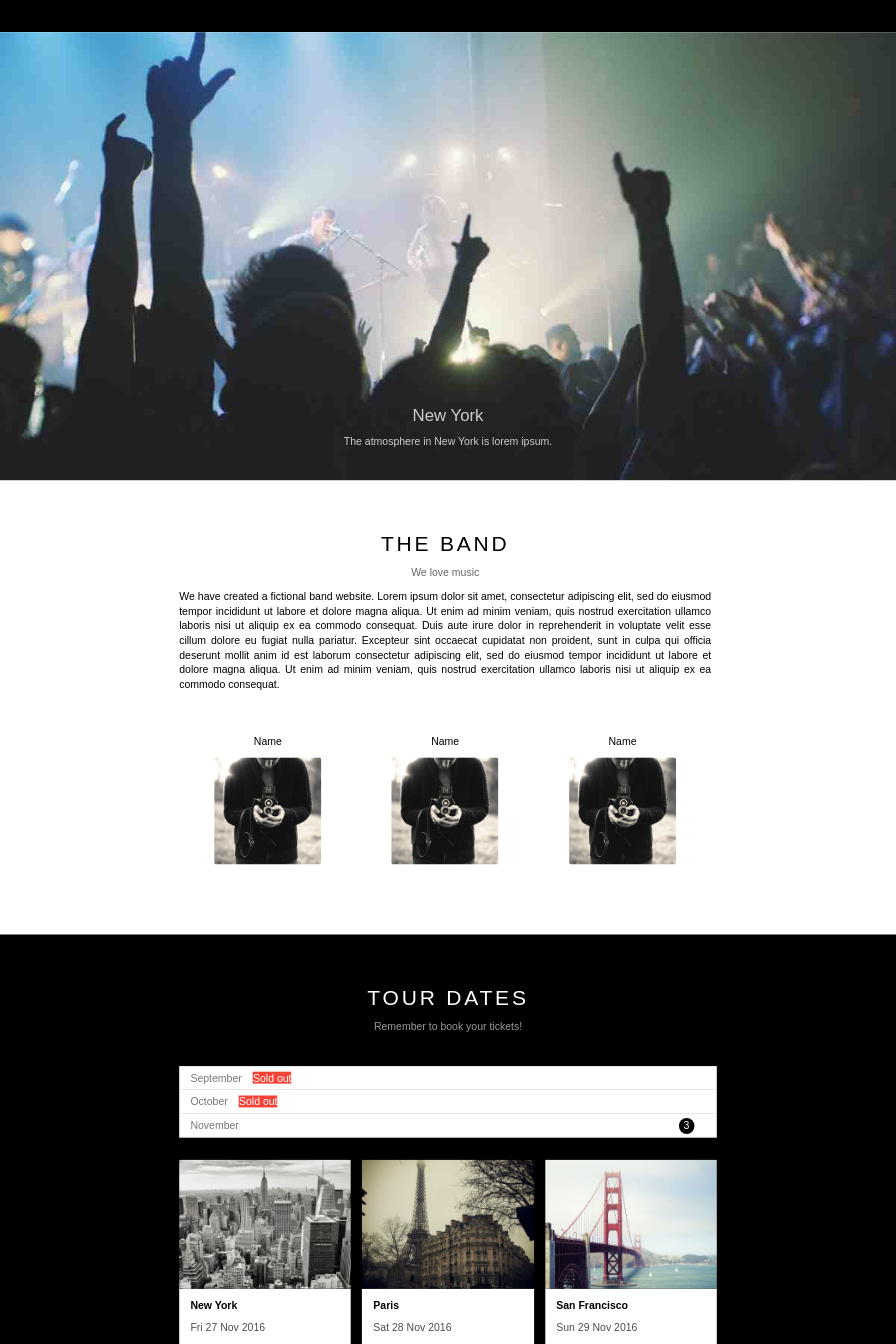
Repository: nguyenhoang2002062929/band
Page: index.html
An editor plug-in stored every save of this project. The page is shown before and after the next save, followed by the edit.
The browser window is 1280 px wide. The pictures show the part of the page from y = 0 to 1920 px (the page is 3487 px tall), at 70% of full size.

Above is the page before, as saved 2023-06-12 20:37:39.

After the next save:
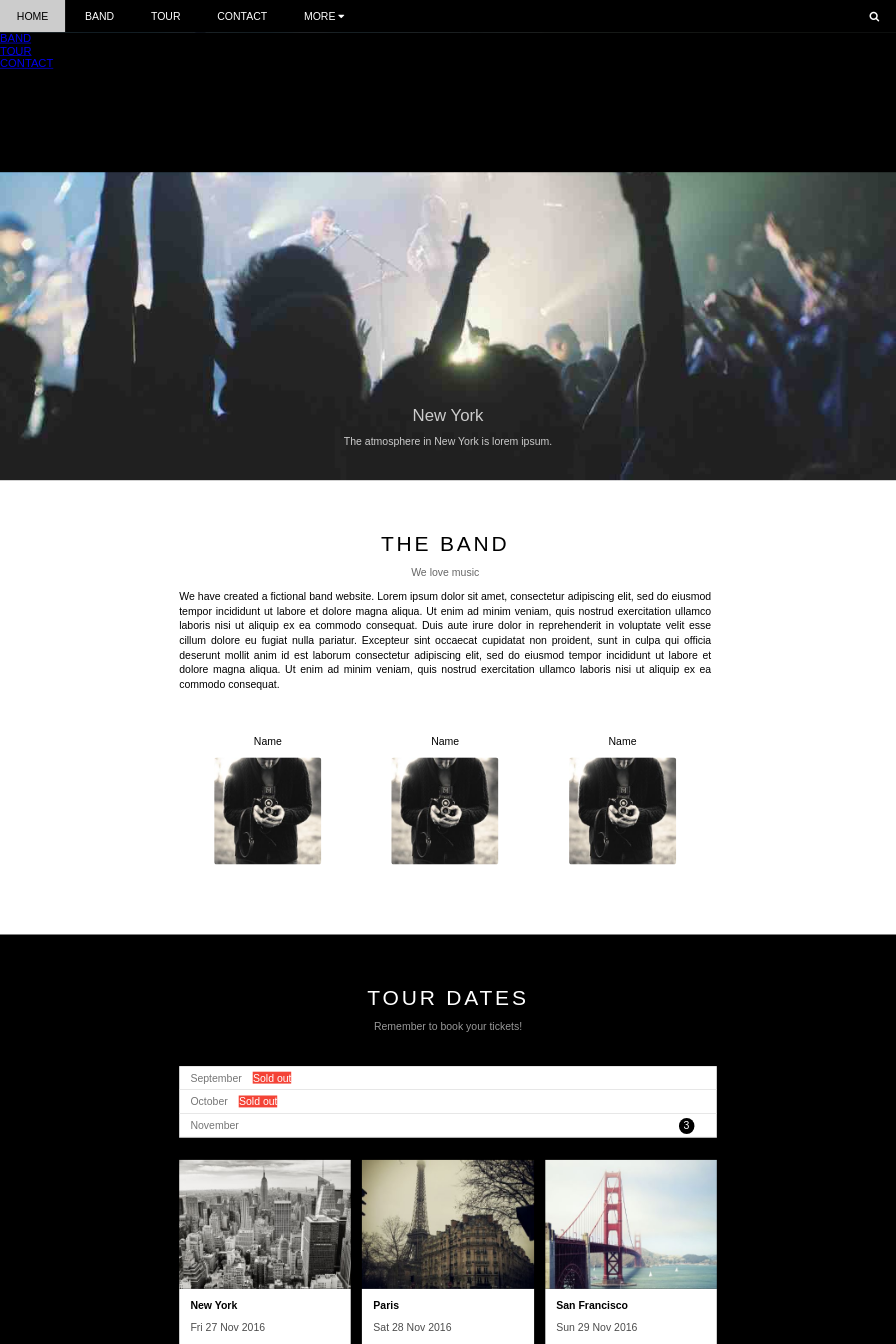
Saved 23 s later.
--- a/assets/css/style.css
+++ b/assets/css/style.css
@@ -443,7 +443,7 @@
     background-color: #000;
     width: 100%;
     min-height: 200px;
-    bottom: 0px;
+    top: 46px;
 }
 
 /* mobile */

After the save that followed:
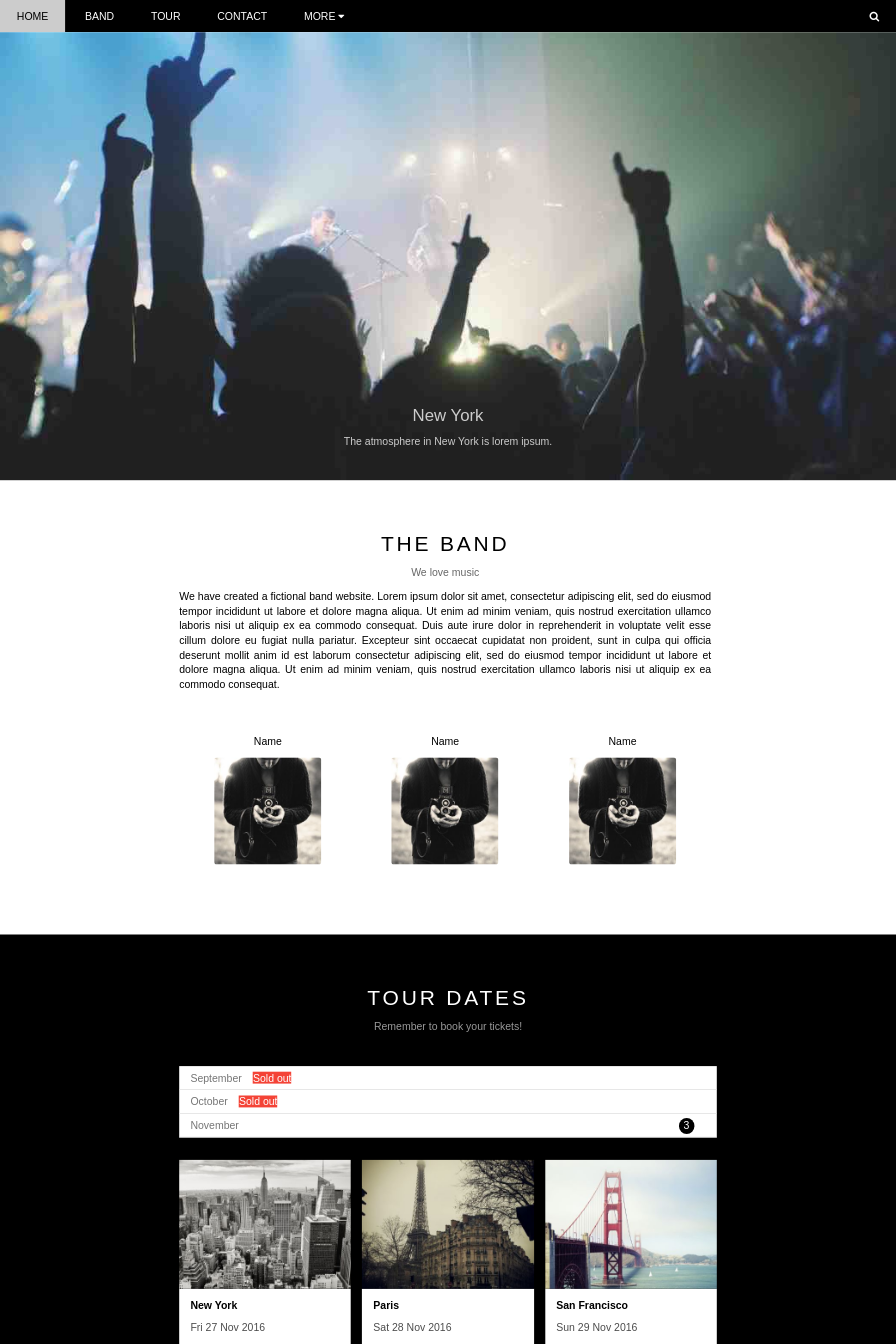
Saved 88 s later.
--- a/assets/css/style.css
+++ b/assets/css/style.css
@@ -444,6 +444,11 @@
     width: 100%;
     min-height: 200px;
     top: 46px;
+    font-size: 15px;
+    color: #fff;
+    padding: 0px 24px;
+    text-decoration: none;
+    display: none;
 }
 
 /* mobile */
